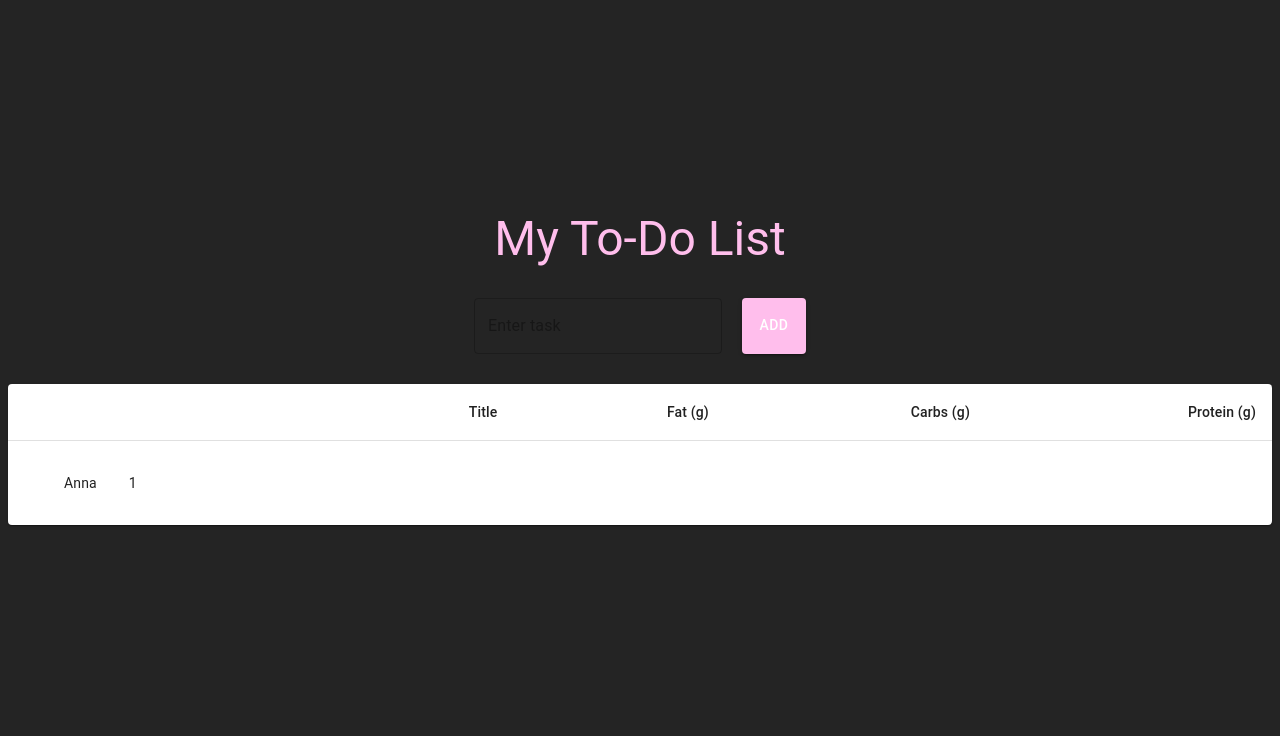
Repository: savannaaaas/ToDo_List
Page: /
An editor plug-in stored every save of this project. The page is shown before and after the next save, followed by the edit.
The browser window is 1280 px wide. The pictures show the whole page.
The project was rebuilt for these pictures with package versions that can differ from the ones it lists, and the page was loaded fresh each time. Also part of the build but not shown: vite.config.js.

Above is the page before, as saved 2025-08-09 01:01:37.

After the next save:
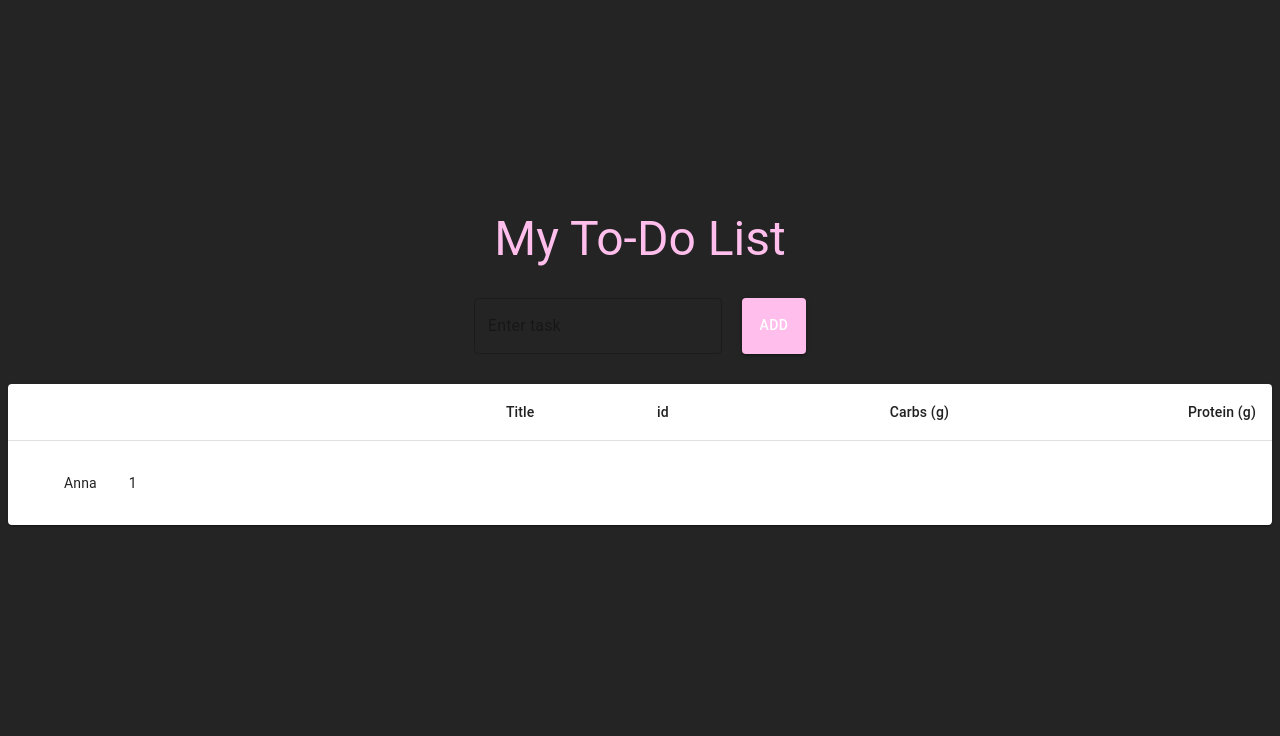
Saved 8 s later.
--- a/src/components/ShowTasks.jsx
+++ b/src/components/ShowTasks.jsx
@@ -17,7 +17,7 @@ export const ShowTasks = () => {
         <TableHead>
           <TableRow>
             <TableCell align="right">Title</TableCell>
-            <TableCell align="right">Fat&nbsp;(g)</TableCell>
+            <TableCell align="right">id</TableCell>
             <TableCell align="right">Carbs&nbsp;(g)</TableCell>
             <TableCell align="right">Protein&nbsp;(g)</TableCell>
           </TableRow>
